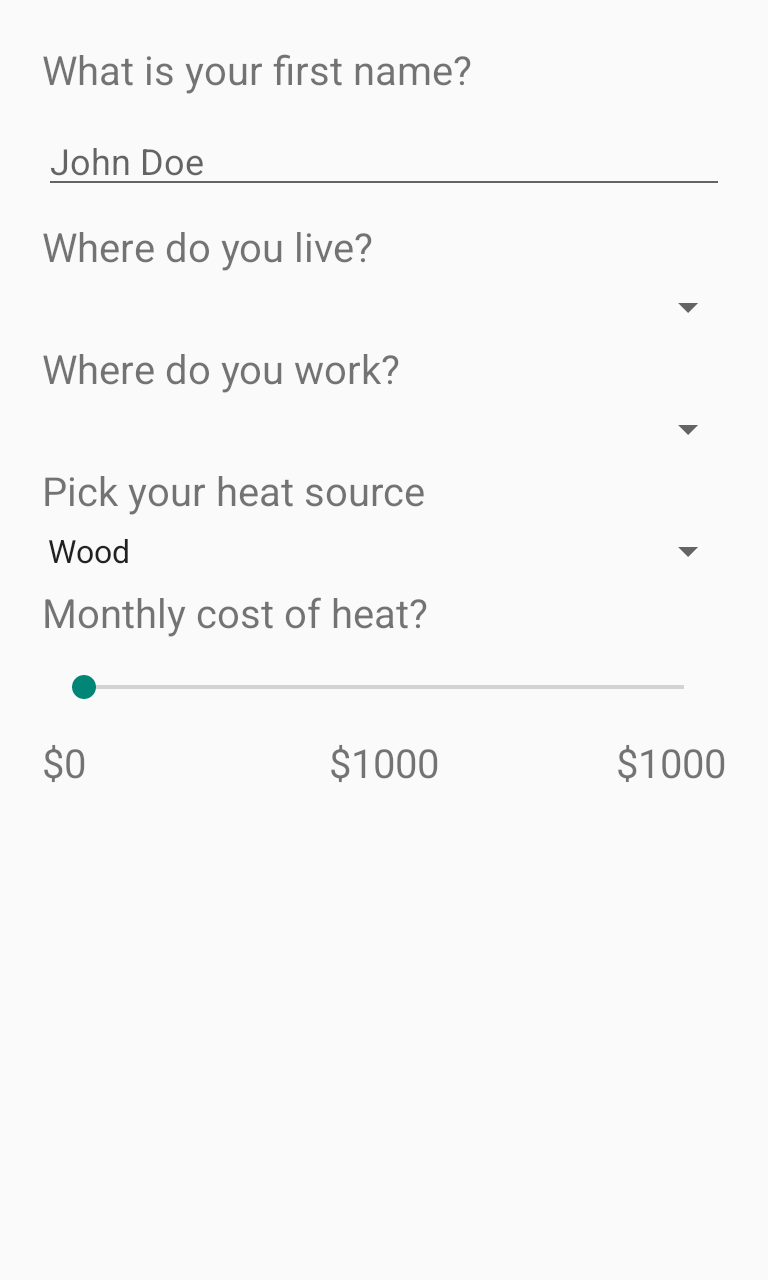
Repository: joshbarry/HackVT_2014
Layout: Android/HackVTKarma/res/layout/fragment_main.xml
The author's editor kept a copy of each file at every save. The layout is drawn from the files as they stood at one save, then again after the next save.
It is drawn on a 768 x 1280 px phone screen (xhdpi) without system bars, with theme AppTheme; the app's code is not run.

Above is the layout before, as saved 2014-10-11 00:11:40.

### Android/HackVTKarma/res/layout/fragment_main.xml
<RelativeLayout xmlns:android="http://schemas.android.com/apk/res/android"
    xmlns:tools="http://schemas.android.com/tools"
    android:id="@+id/parent"
    android:layout_width="match_parent"
    android:layout_height="match_parent"
    android:paddingBottom="@dimen/activity_vertical_margin"
    android:paddingLeft="@dimen/activity_horizontal_margin"
    android:paddingRight="@dimen/activity_horizontal_margin"
    android:paddingTop="@dimen/activity_vertical_margin"
    tools:context="com.example.hackvtkarma.MainActivity$PlaceholderFragment" >

    <TextView
        android:id="@+id/firstName"
        android:textSize="20sp"
        android:layout_margin="5dp"
        android:layout_width="wrap_content"
        android:layout_height="wrap_content"
        android:text="@string/first_name" />

    <EditText
        android:id="@+id/firstNameEditText"
        android:layout_margin="5dp"
        android:layout_below="@+id/firstName"
        android:layout_width="match_parent"
        android:layout_height="wrap_content"
        android:hint="@string/first_name_hint"/>

    <TextView
        android:id="@+id/town"
        android:layout_below="@+id/firstNameEditText"
        android:textSize="20sp"
        android:layout_margin="5dp"
        android:layout_width="wrap_content"
        android:layout_height="wrap_content"
        android:text="@string/address" />

	<Spinner
	    android:id="@+id/townSpinner"
	    android:layout_below="@+id/town"
	    android:layout_width="match_parent"
	    android:layout_height="wrap_content"
	    android:prompt="@string/town_prompt"/>

	<TextView
        android:id="@+id/townWork"
        android:layout_below="@+id/townSpinner"
        android:textSize="20sp"
        android:layout_margin="5dp"
        android:layout_width="wrap_content"
        android:layout_height="wrap_content"
        android:text="@string/address_work" />

	<Spinner
	    android:id="@+id/townWorkSpinner"
	    android:layout_below="@+id/townWork"
	    android:layout_width="match_parent"
	    android:layout_height="wrap_content"
	    android:prompt="@string/town_work_prompt"/>

   	<TextView
        android:id="@+id/heatSource"
        android:textSize="20sp"
        android:layout_margin="5dp"
        android:layout_below="@+id/townWorkSpinner"
        android:layout_width="wrap_content"
        android:layout_height="wrap_content"
        android:text="@string/heat_source" />

   	<Spinner
	    android:id="@+id/heatSourcePicker"
	    android:layout_below="@+id/heatSource"
	    android:layout_width="match_parent"
	    android:layout_height="wrap_content"
	    android:entries="@array/heat_array"
	    android:prompt="@string/heat_source_prompt"/>

   	<TextView
        android:id="@+id/heatCost"
        android:textSize="20sp"
        android:layout_margin="5dp"
        android:layout_below="@+id/heatSourcePicker"
        android:layout_width="wrap_content"
        android:layout_height="wrap_content"
        android:text="@string/heat_cost" />

    <SeekBar
        android:id="@+id/heatSeekbar"
        android:layout_margin="10dp"
        android:layout_below="@+id/heatCost"
        android:layout_width="fill_parent"
        android:layout_height="wrap_content"
        android:max="1000"
        android:progress="0"
        android:secondaryProgress="0" />

    <TextView
        android:id="@+id/heatAnchorLeft"
        android:textSize="20sp"
        android:layout_margin="5dp"
        android:layout_below="@+id/heatSeekbar"
        android:layout_alignParentLeft="true"
        android:layout_width="wrap_content"
        android:layout_height="wrap_content"
        android:text="@string/heat_anchor_left" />

    <TextView
        android:id="@+id/heatAnchorRight"
        android:textSize="20sp"
        android:layout_margin="5dp"
        android:layout_below="@+id/heatSeekbar"
        android:layout_alignParentRight="true"
        android:layout_width="wrap_content"
        android:layout_height="wrap_content"
        android:text="@string/heat_anchor_right" />

    <TextView
        android:id="@+id/heatCostNotification"
        android:textSize="20sp"
        android:layout_margin="5dp"
        android:layout_below="@+id/heatSeekbar"
        android:layout_centerHorizontal="true"
        android:layout_width="wrap_content"
        android:layout_height="wrap_content"
        android:text="@string/heat_anchor_right" />

</RelativeLayout>

### Android/HackVTKarma/res/values/strings.xml
<?xml version="1.0" encoding="utf-8"?>
<resources>

    <string name="app_name">HackVTKarma</string>
    <string name="hello_world">Hello world!</string>
    <string name="action_settings">Settings</string>
    <string name="seekbar_text">Heres the seekbar text</string>
    <string name="first_name">What is your first name?</string>
    <string name="first_name_hint">John Doe</string>
    <string name="address">Where do you live?</string>
    <string name="town_prompt">Pick your town</string>
    <string name="address_work">Where do you work?</string>
    <string name="town_work_prompt">Pick your town</string>
    <string name="heat_source">Pick your heat source</string>
    <string name="heat_source_prompt">Pick heat source</string>
    <string name="heat_cost">Monthly cost of heat?</string>
    <string name="heat_anchor_left">$0</string>
    <string name="heat_anchor_right">$1000</string>

    <string-array name="heat_array">
        <item>Wood</item>
        <item>Pellet Stove</item>
        <item>Natural Gas</item>
        <item>Oil</item>
        <item>Propane</item>
        <item>Kerosene</item>
        <item>Geothermal</item>
        <item>Heat Pump</item>
        <item>Baseboard</item>
    </string-array>

</resources>

Loaded but not shown: Android/HackVTKarma/res/values/styles.xml (common file); Android/HackVTKarma/res/values-v11/styles.xml (common file); Android/HackVTKarma/res/values-v14/styles.xml (common file); Android/HackVTKarma/res/values/dimens.xml (common file); Android/HackVTKarma/res/values-w820dp/dimens.xml (common file)

After the next save:
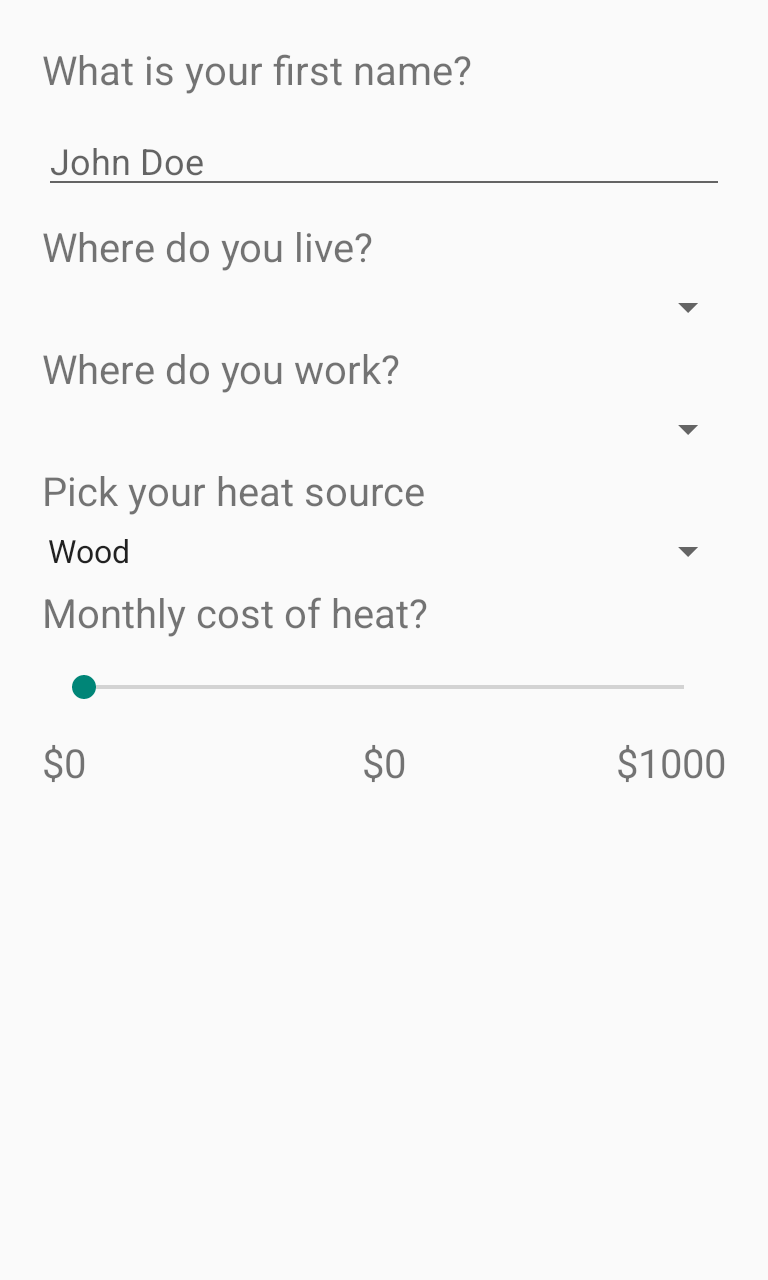
Saved 99 s later.
--- a/Android/HackVTKarma/res/layout/fragment_main.xml
+++ b/Android/HackVTKarma/res/layout/fragment_main.xml
@@ -121,6 +121,6 @@
         android:layout_centerHorizontal="true"
         android:layout_width="wrap_content"
         android:layout_height="wrap_content"
-        android:text="@string/heat_anchor_right" />
+        android:text="@string/heat_anchor_left" />
 
 </RelativeLayout>
